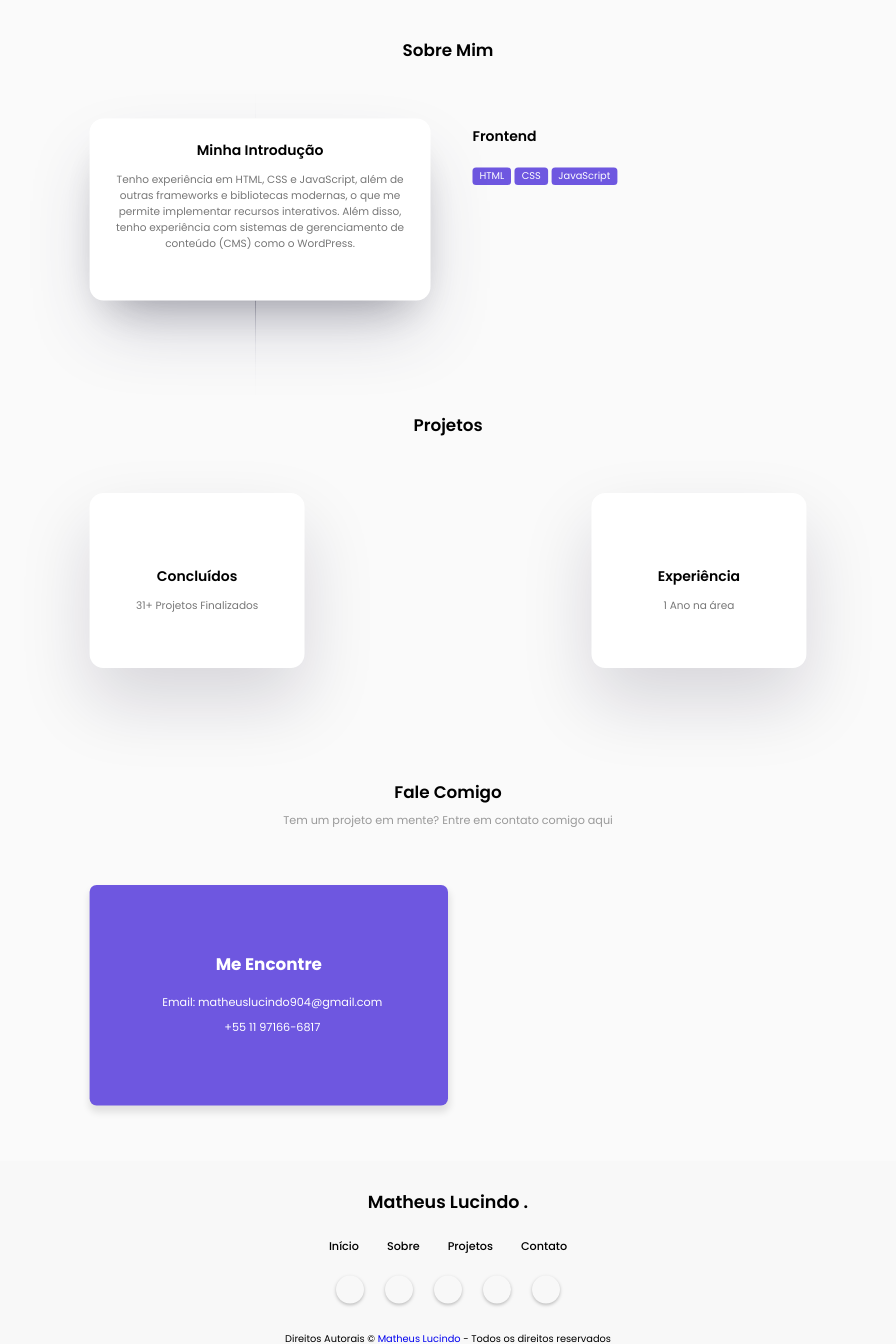
Repository: Matheus904-12/PrePortf
Page: index.html
An editor plug-in stored every save of this project. The page is shown before and after the next save, followed by the edit.
The browser window is 1280 px wide. The pictures show the part of the page from y = 745 to 2665 px (the page is 2729 px tall before and 2683 px after), at 70% of full size.
Pictures or frames that could not be fetched are drawn as grey boxes. Some icons come from a web library that is not loaded, so they are not drawn.

Above is the page before, as saved 2023-09-29 11:24:37.

### index.html
<!DOCTYPE html>
<html lang="pt-br">

<head>
    <meta charset="UTF-8">
    <meta name="viewport" content="width=device-width, initial-scale=1.0">

    <!-- UNICONS -->
    <link rel="stylesheet" href="https://unicons.iconscout.com/release/v4.0.8/css/line.css">
    <!-- CSS -->
    <link rel="stylesheet" href="style.css">
    <!-- Adicionar favicon -->
    <link rel="shortcut icon" href="assets/images/favicon.png" type="image/x-icon">

    <title>Portfólio | Codingdev</title>
</head>

<body>
    <div class="container">
        <!-- --------------- CABEÇALHO --------------- -->
        <nav id="header">
            <div class="nav-logo">
                <p class="nav-name">Lucindo</p>
                <span>.</span>
            </div>
            <div class="nav-menu" id="myNavMenu">
                <ul class="nav_menu_list">
                    <li class="nav_list">
                        <a href="#home" class="nav-link active-link">Início</a>
                        <div class="circle"></div>
                    </li>
                    <li class="nav_list">
                        <a href="#about" class="nav-link">Sobre</a>
                        <div class="circle"></div>
                    </li>
                    <li class="nav_list">
                        <a href="#projects" class="nav-link">Projetos</a>
                        <div class="circle"></div>
                    </li>
                    <li class="nav_list">
                        <a href="#contact" class="nav-link">Contato</a>
                        <div class="circle"></div>
                    </li>
                </ul>
            </div>
            <div class="nav-menu-btn">
                <i class="uil uil-bars" onclick="myMenuFunction()"></i>
            </div>
        </nav>


        <!-- -------------- PRINCIPAL ---------------- -->
        <main class="wrapper">
            <!-- -------------- DESTAQUE ---------------- -->
            <section class="featured-box" id="home">
                <div class="featured-text">
                    <div class="featured-text-card">
                        <span>Matheus Lucindo</span>
                    </div>
                    <div class="featured-name">
                        <p>Eu sou <span class="typedText"></span></p>
                    </div>
                    <div class="featured-text-info">
                        <p>Desenvolvedor frontend experiente com paixão por criar sites visualmente
                            impressionantes e fáceis de usar.
                        </p>
                    </div>

                    <div class="social_icons">
                        <div class="icon"><i class="uil uil-instagram"></i></div>
                        <div class="icon"><i class="uil uil-linkedin-alt"></i></div>
                        <div class="icon"><i class="uil uil-figma"></i></div>
                        <div class="icon"><i class="uil uil-github-alt"></i></div>
                </div>
                <div class="featured-image">
                    <div class="image">
                        <img src="./perfil.png" alt="avatar">
                    </div>
                </div>
                <div class="scroll-icon-box">
                    <a href="#about" class="scroll-btn">
                        <i class="uil uil-mouse-alt"></i>
                        <p>Role para baixo</p>
                    </a>
                </div>

            </section>
            <!-- -------------- SOBRE ---------------- -->
            <section class="section" id="about">
                <div class="top-header">
                    <h1>Sobre Mim</h1>
                </div>
                <div class="row">
                    <div class="col">
                        <div class="about-info">
                            <h3>Minha Introdução</h3>
                            <p>Tenho experiência em HTML, CSS e JavaScript, além de outras frameworks e bibliotecas
                                modernas, o que me permite implementar recursos interativos. Além disso, tenho
                                experiência com sistemas de gerenciamento de conteúdo (CMS) como o WordPress.
                            </p>
                        </div>
                    </div>
                    <div class="col">
                        <div class="skills-box">
                            <div class="skills-header">
                                <h3>Frontend</h3>
                            </div>
                            <div class="skills-list">
                                <span>HTML</span>
                                <span>CSS</span>
                                <span>JavaScript</span>
                            </div>
                        </div>
            </section>

            <!-- -------------- PROJETOS ---------------- -->

            <section class="section" id="projects">
                <div class="top-header">
                    <h1>Projetos</h1>
                </div>
                <div class="project-container">
                    <div class="project-box">
                        <i class="uil uil-briefcase-alt"></i>
                        <h3>Concluídos</h3>
                        <label>31+ Projetos Finalizados</label>
                    </div>
                    <div class="project-box">
                        <i class="uil uil-award"></i>
                        <h3>Experiência</h3>
                        <label>1 Ano na área</label>
                    </div>
                </div>
            </section>

            <!-- -------------- CONTATO ---------------- -->

            <section class="section" id="contact">
                <div class="top-header">
                    <h1>Fale Comigo</h1>
                    <span>Tem um projeto em mente? Entre em contato comigo aqui</span>
                </div>
                <div class="row">
                    <div class="col">
                        <div class="contact-info">
                            <h2>Me Encontre <i class="uil uil-corner-right-down"></i></h2>
                            <p><i class="uil uil-envelope"></i> Email: matheuslucindo904@gmail.com</p>
                            <p><i class="uil uil-phone"></i> +55 11 97166-6817</p>
                        </div>
            </section>

        </main>


        <!-- --------------- RODAPÉ --------------- -->
        <footer>
            <div class="top-footer">
                <p>Matheus Lucindo .</p>
            </div>
            <div class="middle-footer">
                <ul class="footer-menu">
                    <li class="footer_menu_list">
                        <a href="#home">Início</a>
                    </li>
                    <li class="footer_menu_list">
                        <a href="#about">Sobre</a>
                    </li>
                    <li class="footer_menu_list">
                        <a href="#projects">Projetos</a>
                    </li>
                    <li class="footer_menu_list">
                        <a href="#contact">Contato</a>
                    </li>
                </ul>
            </div>
            <div class="footer-social-icons">
                <div class="icon"><i class="uil uil-instagram"></i></div>
                <div class="icon"><i class="uil uil-linkedin-alt"></i></div>
                <div class="icon"><i class="uil uil-twitter"></i></div>
                <div class="icon"><i class="uil uil-github-alt"></i></div>
                <div class="icon"><i class="uil uil-figma"></i></div> <!-- Adicionado ícone do Figma -->
            </div>
            <div class="bottom-footer">
                <p>Direitos Autorais &copy; <a href="#home" style="text-decoration: none;">Matheus Lucindo</a> - Todos os direitos
                    reservados
                </p>
            </div>
        </footer>

    </div>

    <!-- ----- TYPING JS Link ----- -->
    <script src="https://unpkg.com/typed.js@2.0.16/dist/typed.umd.js"></script>

    <!-- ----- SCROLL REVEAL JS Link----- -->
    <script src="https://unpkg.com/scrollreveal"></script>

    <!-- ----- MAIN JS ----- -->
    <script src="script.js"></script>
</body>

</html>

### style.css
/* ----- POPPINS FONT Link ----- */
@import url('https://fonts.googleapis.com/css2?family=Poppins:wght@400;500;600;700&display=swap');

/* ----- VARIABLES ----- */
:root{
    --body-color: #fafafa;
    --color-white: #ffffff;

    --text-color-second: #000000;
    --text-color-third: #6e57e0;

    --first-color: rgb(110, 87, 224);
    --first-color-hover: rgb(40, 91, 212);

    --second-color: #6e57e0;
    --third-color: #00297f;
    --first-shadow-color: rgba(0, 0, 0, 0.1);

}

/* ----- BASE ----- */
*{
    margin: 0;
    padding: 0;
    box-sizing: border-box;
    font-family: 'Poppins', sans-serif;
}

/* ----- SMOOTH SCROLL ----- */
html{
    scroll-behavior: smooth;
}

/* ----- CHANGE THE SCROLL BAR DESIGN ----- */
::-webkit-scrollbar{
    width: 10px;
    border-radius: 25px;
}
::-webkit-scrollbar-track{
    background: #f1f1f1;
}
::-webkit-scrollbar-thumb{
    background: #ccc;
    border-radius: 30px;
}
::-webkit-scrollbar-thumb:hover{
    background: #bbb;
}


/* ---##-- REUSABLE CSS --##--- */

/* ----- GLOBAL BUTTON DESIGN ----- */
.btn{
    font-weight: 500;
    padding: 12px 20px;
    background: #efefef;
    border: none;
    border-radius: 10px;
    cursor: pointer;
    transition: .4s;
}
.btn>i{
    margin-left: 10px;
}
.btn:hover{
    background: var(--second-color);
    color: var(--color-white);
}

/* ----- GLOBAL ICONS DESIGN ----- */
i{
    font-size: 16px;
}

/* ------- BASE -------- */
body{
    background: var(--body-color);
}
.container{
    width: 100%;
    position: relative;
    overflow-x: hidden; /* not mandatory */
}

/* ----- NAVIGATION BAR ----- */
nav{
    position: fixed;
    display: flex;
    justify-content: space-between;
    width: 100%;
    height: 90px;
    line-height: 90px;
    background: var(--body-color);
    padding-inline: 9vw;
    transition: .3s;
    z-index: 100;
}
.nav-logo{
   position: relative;
}
.nav-name{
    font-size: 30px;
    font-weight: 600;
    color: var(--text-color-third);
}
.nav-logo span{
    position: absolute;
    top: -15px;
    right: -20px;
    font-size: 5em;
    color: var(--text-color-second);
}
.nav-menu, .nav_menu_list{
    display: flex;
}
.nav-menu .nav_list{
    list-style: none;
    position: relative;
}
.nav-link{
    text-decoration: none;
    color: var(--text-color-second);
    font-weight: 500;
    padding-inline: 15px;
    margin-inline: 20px;
}
.nav-menu-btn{
    display: none;
}
.nav-menu-btn i{
    font-size: 28px;
    cursor: pointer;
}
.active-link{
    position: relative;
    color: var(--first-color);
    transition: .3;
}
.active-link::after{
    content: '';
    position: absolute;
    left: 50%;
    bottom: -15px;
    transform: translate(-50%, -50%);
    width: 5px;
    height: 5px;
    background: var(--first-color);
    border-radius: 50%;
}


/* ----- WRAPPER DESIGN ----- */
.wrapper{
    padding-inline: 10vw;
}

/* ----- FEATURED BOX ----- */
.featured-box{
    position: relative;
    display: flex;
    height: 100vh;
    min-height: 700px;
}

/* ----- FEATURED TEXT BOX ----- */
.featured-text{
    position: relative;
    display: flex;
    justify-content: center;
    align-content: center;
    min-height: 80vh;
    flex-direction: column;
    width: 50%;
    padding-left: 20px;
}
.featured-text-card span{
    background: var(--third-color);
    color: var(--color-white);
    padding: 3px 8px;
    font-size: 12px;
    border-radius: 5px;
}
.featured-name{
    font-size: 50px;
    font-weight: 600;
    color: var(--text-color-second);
    margin-block: 20px;
}
.typedText{
    text-transform: capitalize;
    color: var(--text-color-third);
}
.featured-text-info{
    font-size: 15px;
    margin-bottom: 30px;
    color: var(--text-color-second);
}
.featured-text-btn{
    display: flex;
    gap: 20px;
}
.featured-text-btn>.blue-btn{
    background: var(--first-color);
    color: var(--color-white);
}
.featured-text-btn>.blue-btn:hover{
    background: var(--first-color-hover);
}
.social_icons{
    display: flex;
    margin-top: 5em;
    gap: 30px;
}
.icon{
    display: flex;
    justify-content: center;
    align-items: center;
    width: 40px;
    height: 40px;
    border-radius: 50%;
    box-shadow: 0px 2px 5px 0px rgba(0, 0, 0, 0.25);
    cursor: pointer;
}
.icon:hover{
    color: var(--first-color);
}

/* ----- FEATURED IMAGE BOX ----- */
.featured-image{
    display: flex;
    justify-content: right;
    align-content: center;
    min-height: 80vh;
    width: 50%;
}
.image{
    margin: auto 0;
    width: 380px;
    height: 380px;
    animation: imgFloat 7s ease-in-out infinite;
}
.image img{
    width: 380px;
    height: 380px;
    object-fit: contain;
}
@keyframes imgFloat {
    50%{
        transform: translateY(10px);
    }
}
.scroll-btn{
   position: absolute;
   bottom: 0;
   left: 50%;
   translate: -50%;
   display: flex;
   justify-content: center;
   align-items: center;
   width: 150px;
   height: 50px;
   gap: 5px;
   text-decoration: none;
   color: var(--text-color-second);
   background: var(--color-white);
   border-radius: 30px;
   box-shadow: 0 2px 5px 0 rgba(0, 0, 0, 0.25);
}
.scroll-btn i{
    font-size: 20px;
}

/* ----- MAIN BOX ----- */
.section{
    padding-block: 5em;
}
.row{
    display: flex;
    justify-content: space-between;
    width: 100%;
    gap: 50px;
}
.col{
    display: flex;
    width: 50%;
}

/* -- ## --- RESUABLE CSS -- ## -- */
.top-header{
    text-align: center;
    margin-bottom: 5em;
}
.top-header h1{
    font-weight: 600;
    color: var(--text-color-second);
    margin-bottom: 10px;
}
.top-header span{
    color: #999;
}
h3{
    font-size: 20px;
    font-weight: 600;
    color: var(--text-color-second);
    margin-bottom: 15px;
}

/* ----- ABOUT INFO ----- */
.about-info{
    position: relative;
    display: flex;
    align-items: center;
    flex-direction: column;
    padding-block: 30px 70px;
    padding-inline: 20px;
    width: 100%;
    background: var(--color-white);
    box-shadow: rgba(50, 50, 93, 0.25) 0px 50px 100px -20px, rgba(0, 0, 0, 0.3) 0px 30px 60px -30px;
    border-radius: 20px;
}
.about-info p{
    text-align: center;
    font-size: 15px;
    color: #777;
}
.about-btn button{
    position: absolute;
    right: 20px;
    bottom: 20px;
    background: var(--first-color);
    color: var(--color-white);
    border-radius: 30px;
}
.about-btn button:hover{
    background: var(--first-color-hover);
}

/* ----- ABOUT / SKILLS BOX ----- */
.skills-box{
    margin: 10px;
}
.skills-header{
    margin-bottom: 30px;
}
.skills-list{
    display: flex;
    flex-wrap: wrap;
    gap: 5px;
}
.skills-list span{
    font-size: 14px;
    background: var(--first-color);
    color: var(--color-white);
    padding: 2px 10px;
    border-radius: 5px;
}

/* ----- PROJECTS BOX ----- */
.project-container{
    display: flex;
    width: 100%;
    justify-content: space-between;
    gap: 20px;
    flex-wrap: wrap;
}
.project-box{
    position: relative;
    display: flex;
    justify-content: center;
    align-items: center;
    flex-direction: column;
    width: 30%;
    height: 250px;
    background: var(--color-white);
    border-radius: 20px;
    box-shadow: rgba(17, 12, 46, 0.15) 0px 48px 100px 0px;
    overflow: hidden;
}
.project-box>i{
    font-size: 50px;
    color: #00B5E7;
    margin-bottom: 25px;
}
.project-box label{
    font-size: 15px;
    color: #777;
}
.project-box::after, .contact-info::after{
    content: "";
    position: absolute;
    bottom: -100%;
    background: var(--second-color);
    width: 100%;
    height: 100%;
    transition: .4s;
    z-index: 1;
}
.project-box:hover.project-box::after,
.contact-info:hover.contact-info::after{
    bottom: 0;
}
.project-box:hover.project-box i,
.project-box:hover.project-box>h3,
.project-box:hover.project-box>label{
    color: var(--color-white);
    z-index: 2;
}

/* ----- CONTACT BOX ----- */
.contact-info{
    position: relative;
    display: flex;
    flex-direction: column;
    justify-content: center;
    align-items: center;
    padding: 20px 30px;
    width: 100%;
    height: 315px;
    background: var(--second-color);
    border-radius: 10px;
    box-shadow: 1px 8px 10px 2px var(--first-shadow-color);
    overflow: hidden;
}
.contact-info>h2{
    color: var(--color-white);
    margin-bottom: 20px;
}
.contact-info>p{
    display: flex;
    align-items: center;
    gap: 10px;
    color: var(--color-white);
    margin-block: 5px;
}
.contact-info p>i{
    font-size: 18px;
}
.contact-info::after{
    background: var(--color-white);
}
.contact-info:hover.contact-info h2,
.contact-info:hover.contact-info p,
.contact-info:hover.contact-info i{
    color: #777;
    z-index: 2;
}

/* ----- CONTACT FORM ----- */
.form-control{
    display: flex;
    flex-direction: column;
    gap: 10px;
    width: 100%;
}
.form-inputs{
    display: flex;
    gap: 10px;
    width: 100%;
}
.input-field{
    width: 50%;
    height: 55px;
    background: transparent;
    border: 2px solid #AAA;
    border-radius: 10px;
    padding-inline: 20px;
    outline: none;
}
textarea{
    width: 100%;
    height: 250px;
    background: transparent;
    border: 2px solid #AAA;
    border-radius: 10px;
    padding: 15px 20px;
    outline: none;
    resize: none;
}
.form-button>.btn{
    display: flex;
    align-items: center;
    justify-content: center;
    background: var(--second-color);
    color: var(--color-white);
}
.form-button>.btn:hover{
    background: #00B5E7;
}
.form-button i{
    font-size: 18px;
    rotate: -45deg;
}

/* ----- FOOTER BOX ----- */
footer{
    display: flex;
    justify-content: center;
    align-items: center;
    flex-direction: column;
    row-gap: 30px;
    background: #F8F8F8;
    padding-block: 40px 60px;
}
.top-footer p{
    font-size: 25px;
    font-weight: 600;
}
.middle-footer .footer-menu{
    display: flex;
}
.footer_menu_list{
    list-style: none;
}
.footer_menu_list a{
    text-decoration: none;
    color: var(--text-color-second);
    font-weight: 500;
    margin-inline: 20px;
}
.footer-social-icons{
    display: flex;
    gap: 30px;
}
.bottom-footer{
    font-size: 14px;
    margin-top: 10px;
}


/* ----- MEDIA QUERY == 1024px / RESPONSIVE ----- */
@media only screen and (max-width: 1024px){
    .featured-text{
        padding: 0;
    }
    .image, .image img{
        width: 320px;
        height: 320px;
    }
}

/* ----- MEDIA QUERY == 900px / RESPONSIVE ----- */
@media only screen and (max-width: 900px) {
    .nav-button{
        display: none;
    }
    .nav-menu.responsive{
        left: 0;
    }
    .nav-menu{
        position: fixed;
        top: 80px;
        left: -100%;
        flex-direction: column;
        justify-content: center;
        align-items: center;
        background: rgba(255, 255, 255, 0.7);
        backdrop-filter: blur(20px);
        width: 100%;
        min-height: 450px;
        height: 90vh;
        transition: .3s;
    }
    .nav_menu_list{
        flex-direction: column;
    }
    .nav-menu-btn{
        display: flex;
        align-items: center;
        justify-content: center;
    }
    .featured-box{
        flex-direction: column;
        justify-content: center;
        height: 100vh;
    }
    .featured-text{
        width: 100%;
        order: 2;
        justify-content: center;
        align-content: flex-start;
        min-height: 60vh;
    }
    .social_icons{
        margin-top: 2em;
    }
    .featured-image{
        order: 1;
        justify-content: center;
        min-height: 150px;
        width: 100%;
        margin-top: 65px;
    }
    .image, .image img{
        width: 150px;
        height: 150px;
    }
    .row{
        display: flex;
        flex-direction: column;
        justify-content: center;
        gap: 50px;
    }
    .col{
        display: flex;
        justify-content: center;
        width: 100%;
    }
    .about-info, .contact-info{
        width: 100%;
    }
    .project-container{
        justify-content: center;
    }
    .project-box{
        width: 80%;
    }

}

/* ----- MEDIA QUERY == 540px / RESPONSIVE ----- */

@media only screen and (max-width: 540px){
    .featured-name{
        font-size: 40px;
    }
    .project-box{
        width: 100%;
    }
    .form-inputs{
        flex-direction: column;
    }
    .input-field{
        width: 100%;
    }
}

Loaded but not shown: script.js (117 lines, source omitted)

After the next save:
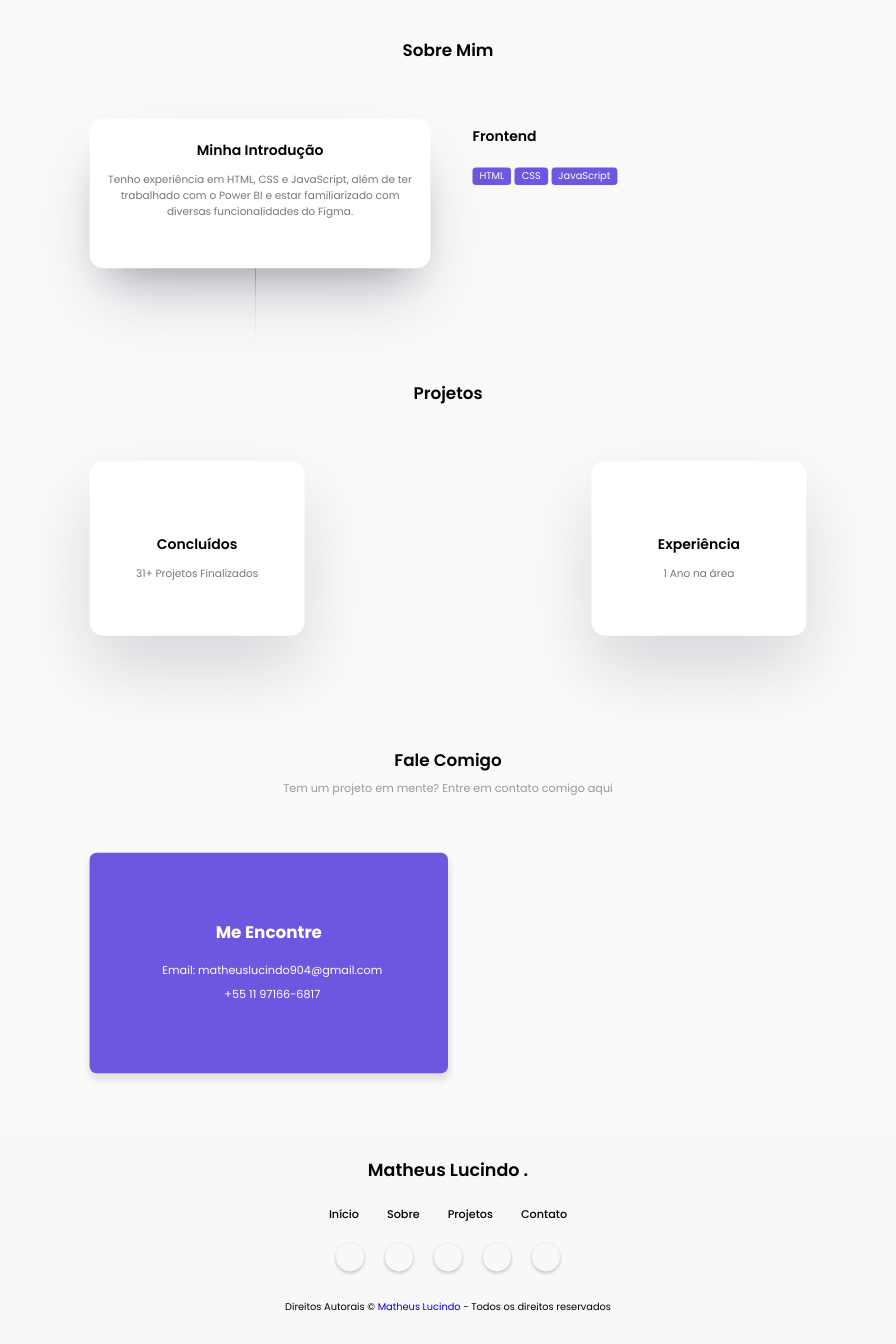
Saved 9 min 47 s later.
--- a/index.html
+++ b/index.html
@@ -94,9 +94,8 @@
                     <div class="col">
                         <div class="about-info">
                             <h3>Minha Introdução</h3>
-                            <p>Tenho experiência em HTML, CSS e JavaScript, além de outras frameworks e bibliotecas
-                                modernas, o que me permite implementar recursos interativos. Além disso, tenho
-                                experiência com sistemas de gerenciamento de conteúdo (CMS) como o WordPress.
+                            <p><p>Tenho experiência em HTML, CSS e JavaScript, além de ter trabalhado com o Power BI e estar familiarizado com diversas funcionalidades do Figma.</p>
+
                             </p>
                         </div>
                     </div>
